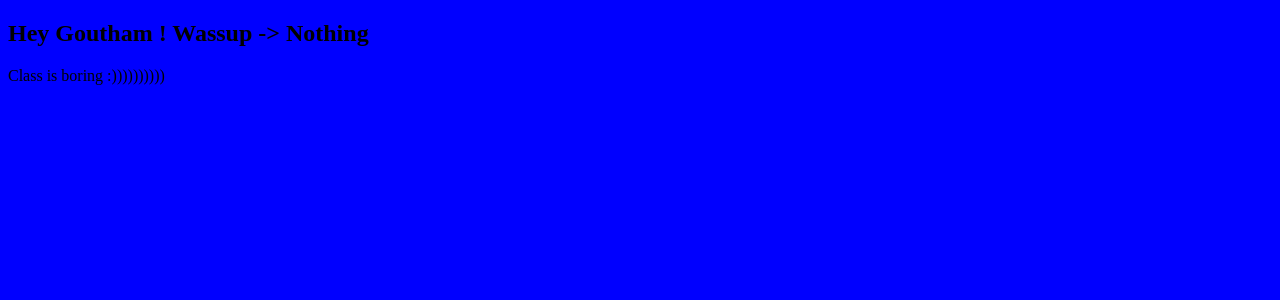
Repository: SaiGouthamVaddi/Visa-Training
Page: mywebapp/src/main/webapp/index.html
An editor plug-in stored every save of this project. The page is shown before and after the next save, followed by the edit.
The browser window is 1280 px wide. The pictures show the whole page.

Above is the page before, as saved 2019-07-16 04:50:37.

### mywebapp/src/main/webapp/index.html
<!DOCTYPE html>
<html>
<head>
<meta charset="UTF-8">
<title>V-I-S-A</title>
</head>
<body bgcolor = "blue">

<h2>Hey Goutham ! Wassup -> Nothing</h2>
<p>Class is boring :))))))))))</p>

</body>
</html>

After the next save:
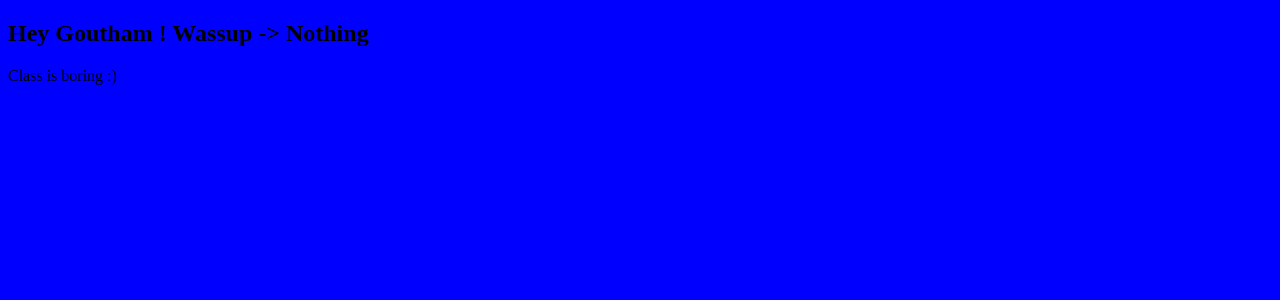
Saved 24 s later.
--- a/mywebapp/src/main/webapp/index.html
+++ b/mywebapp/src/main/webapp/index.html
@@ -7,7 +7,7 @@
 <body bgcolor = "blue">
 
 <h2>Hey Goutham ! Wassup -> Nothing</h2>
-<p>Class is boring :))))))))))</p>
+<p>Class is boring :)</p>
 
 </body>
 </html>
